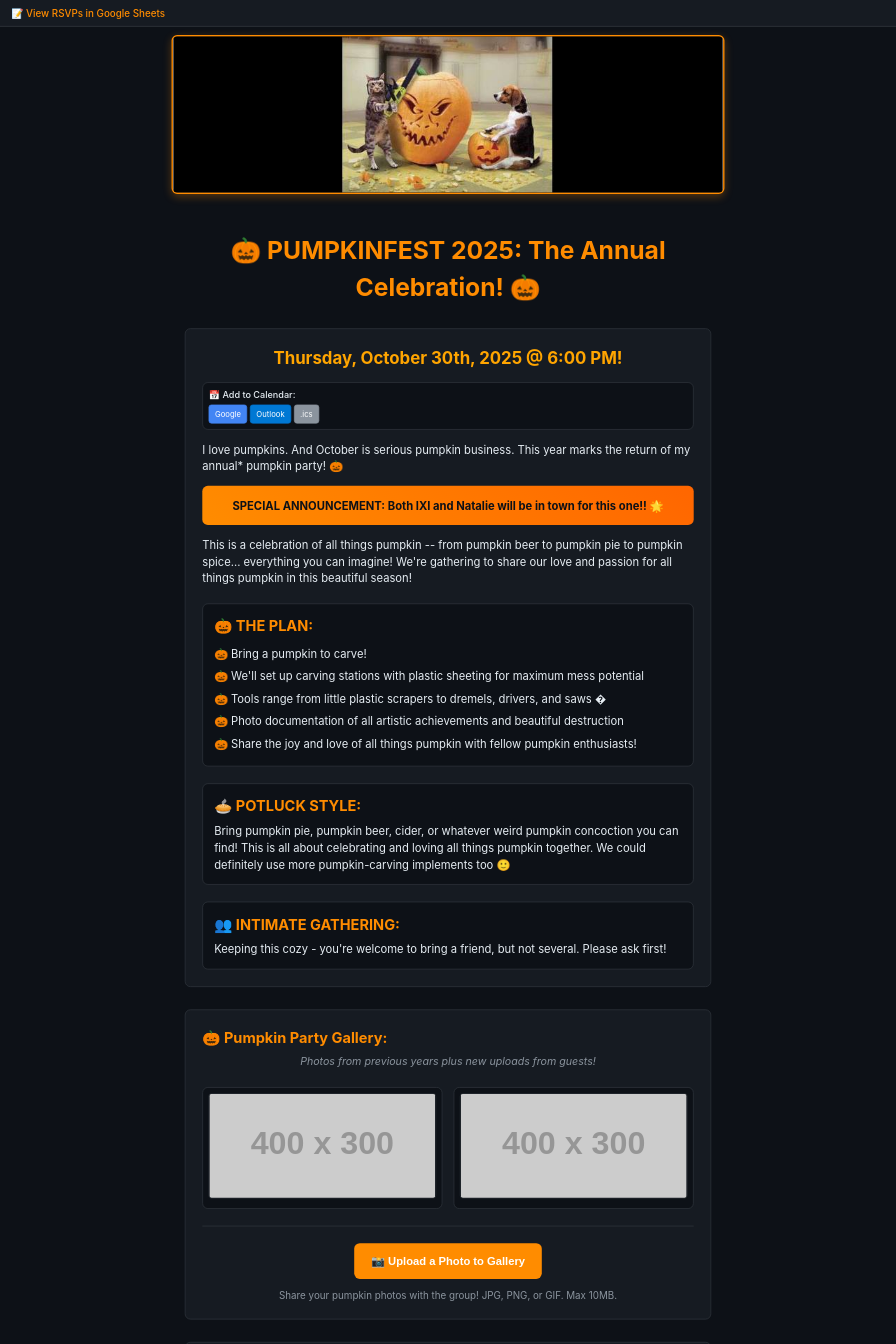
Repository: jeff-hamm/pumpkinfest
Page: index.html
The author's editor kept a copy of each file at every save. The page is drawn from the files as they stood at one save, then again after the next save.
The browser window is 1280 px wide. The pictures show the part of the page from y = 0 to 1920 px (the page is 3343 px tall before and 3283 px after), at 70% of full size.
The page's requests for data from a server got no answer.

Above is the page before, as saved 2025-10-25 14:13:47.

### index.html
<!DOCTYPE html>
<html lang="en">
<head>
    <meta charset="UTF-8">
    <meta name="viewport" content="width=device-width, initial-scale=1.0">
    <title>PUMPKINFEST 2025 RSVP</title>
    <link rel="icon" href="data:[embedded picture, 141 characters]">
    <link rel="stylesheet" href="pumpkinfest-styles.css">
</head>
<body>
    <div id="sync-status" class="sync-status">
        <a href="https://docs.google.com/spreadsheets/d/1XEfcdwvrg54w_Aw8bEiBC4_f8pLJOT6bH55sau92mvg/edit?usp=sharing"
            target="_blank" class="sheet-link">📝 View RSVPs in Google Sheets</a>
        <div id="sync-status-text" class="sync-status-text" style="display: none;"></div>
    </div>

    <div class="header-image">
        <img src="image copy 2.png" alt="Pumpkin Party Vibes" class="header-img">
    </div>

    <div class="container">
        <h1>🎃 PUMPKINFEST 2025: The Annual Celebration! 🎃</h1>

        <div class="event-details">
            <h2>Thursday, October 30th, 2025 @ 6:00 PM!</h2>

            <div class="calendar-links">
                <p>📅 Add to Calendar:</p>
                <div class="calendar-buttons">
                    <a href="https://calendar.google.com/calendar/render?action=TEMPLATE&text=Pumpkinfest%202025%3A%20The%20Annual%20Celebration!&dates=20251031T010000Z/20251031T050000Z&details=Annual%20pumpkin%20party%20with%20carving%2C%20pumpkin%20beer%2C%20pie%2C%20and%20all%20things%20pumpkin!%20Bring%20a%20pumpkin%20to%20carve%20and%20something%20pumpkin-themed%20to%20share.%20Tools%20provided%20from%20plastic%20scrapers%20to%20power%20tools!&location=TBD%20-%20Check%20RSVP%20details" target="_blank" class="calendar-btn google-cal">
                        Google
                    </a>
                    <a href="https://outlook.live.com/calendar/0/deeplink/compose?subject=Pumpkinfest%202025%3A%20The%20Annual%20Celebration!&startdt=2025-10-30T18%3A00%3A00&enddt=2025-10-30T22%3A00%3A00&body=Annual%20pumpkin%20party%20with%20carving%2C%20pumpkin%20beer%2C%20pie%2C%20and%20all%20things%20pumpkin!%20Bring%20a%20pumpkin%20to%20carve%20and%20something%20pumpkin-themed%20to%20share.%20Tools%20provided%20from%20plastic%20scrapers%20to%20power%20tools!&location=TBD%20-%20Check%20RSVP%20details" target="_blank" class="calendar-btn outlook-cal">
                        Outlook
                    </a>
                    <a href="data:text/calendar;charset=utf8,BEGIN:VCALENDAR%0AVERSION:2.0%0APRODID:-//Test//Test//EN%0ABEGIN:VEVENT%0AUID:pumpkinfest2025@example.com%0ADTSTAMP:20251025T120000Z%0ADTSTART:20251030T180000%0ADTEND:20251030T220000%0ASUMMARY:Pumpkinfest 2025: The Annual Celebration!%0ADESCRIPTION:Annual pumpkin party with carving, pumpkin beer, pie, and all things pumpkin! Bring a pumpkin to carve and something pumpkin-themed to share. Tools provided from plastic scrapers to power tools!%0ALOCATION:TBD - Check RSVP details%0AEND:VEVENT%0AEND:VCALENDAR" download="pumpkinfest-2025.ics" class="calendar-btn ics-cal">
                        .ics
                    </a>
                </div>
            </div>

            <p>I love pumpkins. And October is serious pumpkin business. This year marks the return of my annual* pumpkin party! 🎃</p>

            <div class="special-announcement">
                <strong>SPECIAL ANNOUNCEMENT:</strong> Both IXI and Natalie will be in town for this one!! 🌟
            </div>

            <p>This is a celebration of all things pumpkin -- from pumpkin beer to pumpkin pie to pumpkin spice... everything you can imagine! We're gathering to share our love and passion for all things pumpkin in this beautiful season!</p>

            <div class="event-sections">
                <div class="event-section">
                    <h3>🎃 THE PLAN:</h3>
                    <ul>
                        <li>Bring a pumpkin to carve!</li>
                        <li>We'll set up carving stations with plastic sheeting for maximum mess potential</li>
                        <li>Tools range from little plastic scrapers to dremels, drivers, and saws �</li>
                        <li>Photo documentation of all artistic achievements and beautiful destruction</li>
                        <li>Share the joy and love of all things pumpkin with fellow pumpkin enthusiasts!</li>
                    </ul>
                </div>

                <div class="event-section">
                    <h3>🥧 POTLUCK STYLE:</h3>
                    <p>Bring pumpkin pie, pumpkin beer, cider, or whatever weird pumpkin concoction you can find! This is all about celebrating and loving all things pumpkin together. We could definitely use more pumpkin-carving implements too 🙂</p>
                </div>

                <div class="event-section">
                    <h3>👥 INTIMATE GATHERING:</h3>
                    <p>Keeping this cozy - you're welcome to bring a friend, but not several. Please ask first!</p>
                </div>
            </div>
        </div>

        <div class="gallery-section">
            <h3>🎃 Pumpkin Party Gallery:</h3>
            <p class="gallery-description">Photos from previous years plus new uploads from guests!</p>
            <div class="gallery-loading" id="gallery-loading">
                <p>Loading gallery images... 🎃</p>
            </div>
            <div class="image-gallery" id="image-gallery">
                <!-- Images will be loaded dynamically from Google Drive -->
            </div>

            <div class="gallery-upload-section">
                <div class="gallery-upload">
                    <input type="file" id="gallery-photo-upload" accept="image/*" class="file-input" style="display: none;">
                    <button type="button" id="gallery-upload-btn" class="btn-upload">
                        📸 Upload a Photo to Gallery
                    </button>
                    <div id="gallery-upload-preview" class="photo-preview" style="display: none;">
                        <img id="gallery-preview-img" class="preview-image" alt="Photo preview">
                        <div class="upload-actions">
                            <button type="button" id="gallery-upload-submit" class="btn-primary btn-small">Upload</button>
                            <button type="button" id="gallery-upload-cancel" class="btn-secondary btn-small">Cancel</button>
                        </div>
                    </div>
                    <div class="file-info">Share your pumpkin photos with the group! JPG, PNG, or GIF. Max 10MB.</div>
                </div>
            </div>
        </div>

        <div class="rsvp-section">
            <h2>🎃 RSVP:</h2>

            <div id="rsvp-loading" class="rsvp-loading-overlay" style="display: none;">
                <div class="spinner"></div>
                <div class="spinner-text">Submitting RSVP...</div>
            </div>

            <form id="rsvp-form" class="rsvp-form">
                <div class="form-row">
                    <div class="form-group">
                        <label for="guest-name-select">Name *</label>
                        <select id="guest-name-select" name="guestNameSelect">
                            <option value="">Select your name or choose "Other"...</option>
                            <option value="Other">Other (add new person)</option>
                        </select>
                        <input type="text" id="guest-name" name="guestName" required placeholder="Enter your name..." style="display: none; margin-top: 8px;">
                    </div>
                </div>

                <div class="form-row">
                    <div class="form-group">
                        <label for="guest-email">Email (optional)</label>
                        <input type="email" id="guest-email" name="guestEmail" placeholder="your.email@example.com">
                        <small class="field-hint">Optional - for updates or coordination</small>
                    </div>
                </div>

                <div class="form-row">
                    <div class="form-group">
                        <label for="attendance">Can you make it? *</label>
                        <select id="attendance" name="attendance" required>
                            <option value="">Select...</option>
                            <option value="Yes">🎃 Yes - I'll be there!</option>
                            <option value="Maybe">🤔 Maybe - depends on my schedule</option>
                            <option value="No">😞 No - can't make it</option>
                        </select>
                    </div>
                </div>

                <div class="form-row">
                    <div class="form-group">
                        <label for="need-pumpkin">Need a pumpkin purchased for you?</label>
                        <select id="need-pumpkin" name="needPumpkin">
                            <option value="">Select...</option>
                            <option value="Yes">Yes - please get me a pumpkin!</option>
                            <option value="No">No - I'll bring my own</option>
                            <option value="Maybe">Maybe - I'll let you know</option>
                        </select>
                    </div>
                </div>

                <div class="form-row">
                    <div class="form-group">
                        <label for="bringing">What are you bringing or what do you need?</label>
                        <textarea id="bringing" name="bringing" rows="3" placeholder="e.g., 'Bringing pumpkin beer and carving tools' or 'Need a ride' or 'Bringing +1 (asked first!)'"></textarea>
                    </div>
                </div>

                <div class="form-row">
                    <div class="form-group">
                        <label class="checkbox-label">
                            <input type="checkbox" id="pumpkin-patch" name="pumpkinPatch">
                            🎃 I wanna go to a pumpkin patch together!
                        </label>
                    </div>
                </div>

                <div class="form-row" id="patch-dates-container" style="display: none;">
                    <div class="form-group">
                        <label>Which days work for you? (Check all that apply)</label>
                        <div class="checkbox-group">
                            <label class="checkbox-option">
                                <input type="checkbox" name="patchDates" value="Sat 10/25">
                                Saturday 10/25
                            </label>
                            <label class="checkbox-option">
                                <input type="checkbox" name="patchDates" value="Sun 10/26">
                                Sunday 10/26
                            </label>
                            <label class="checkbox-option">
                                <input type="checkbox" name="patchDates" value="Mon 10/27">
                                Monday 10/27
                            </label>
                            <label class="checkbox-option">
                                <input type="checkbox" name="patchDates" value="Tues 10/28">
                                Tuesday 10/28
                            </label>
                            <label class="checkbox-option">
                                <input type="checkbox" name="patchDates" value="Wed 10/29">
                                Wednesday 10/29
                            </label>
                        </div>
                    </div>
                </div>

                <div class="form-row">
                    <div class="form-group">
                        <label for="pumpkin-photo">🎃 Share a pumpkin photo! (optional)</label>
                        <input type="file" id="pumpkin-photo" name="pumpkinPhoto" accept="image/*" class="file-input">
                        <div id="photo-preview" class="photo-preview" style="display: none;">
                            <img id="preview-img" class="preview-image" alt="Photo preview">
                            <button type="button" id="remove-photo" class="btn-remove">Remove</button>
                        </div>
                        <div class="file-info">JPG, PNG, or GIF. Max 10MB.</div>
                    </div>
                </div>

                <div class="form-actions">
                    <button type="submit" class="btn-primary">🎃 Submit RSVP</button>
                </div>
            </form>
        </div>

        <div id="rsvp-grid-section" class="rsvp-grid-section">
            <h3>👥 Who's Coming:</h3>

            <div class="filter-tabs">
                <button class="filter-tab active" data-filter="Everyone">Everyone</button>
                <button class="filter-tab" data-filter="Going">Going</button>
                <button class="filter-tab" data-filter="Maybe">Maybe</button>
                <button class="filter-tab" data-filter="No">No</button>
                <button class="filter-tab" data-filter="Not Responded">Not Responded</button>
            </div>

            <div class="rsvp-grid-container">
                <table id="rsvp-grid" class="rsvp-grid">
                    <thead>
                        <tr>
                            <th>Name</th>
                            <th>Attendance</th>
                            <th>Needs Pumpkin</th>
                            <th>Bringing</th>
                            <th>Patch Dates</th>
                        </tr>
                    </thead>
                    <tbody id="rsvp-grid-body">
                        <!-- Grid rows will be dynamically loaded here -->
                    </tbody>
                </table>
                <div id="no-rsvps-message" class="no-rsvps-message" style="display: none;">
                    <p>🎃 No RSVPs match the current filter.</p>
                </div>
            </div>
        </div>
    </div>

    <script src="pumpkinfest-app.js?v=2025-10-25-7"></script>
</body>
</html>

Loaded but not shown: pumpkinfest-app.js (1077 lines, source omitted); pumpkinfest-styles.css (1041 lines, source omitted)

After the next save:
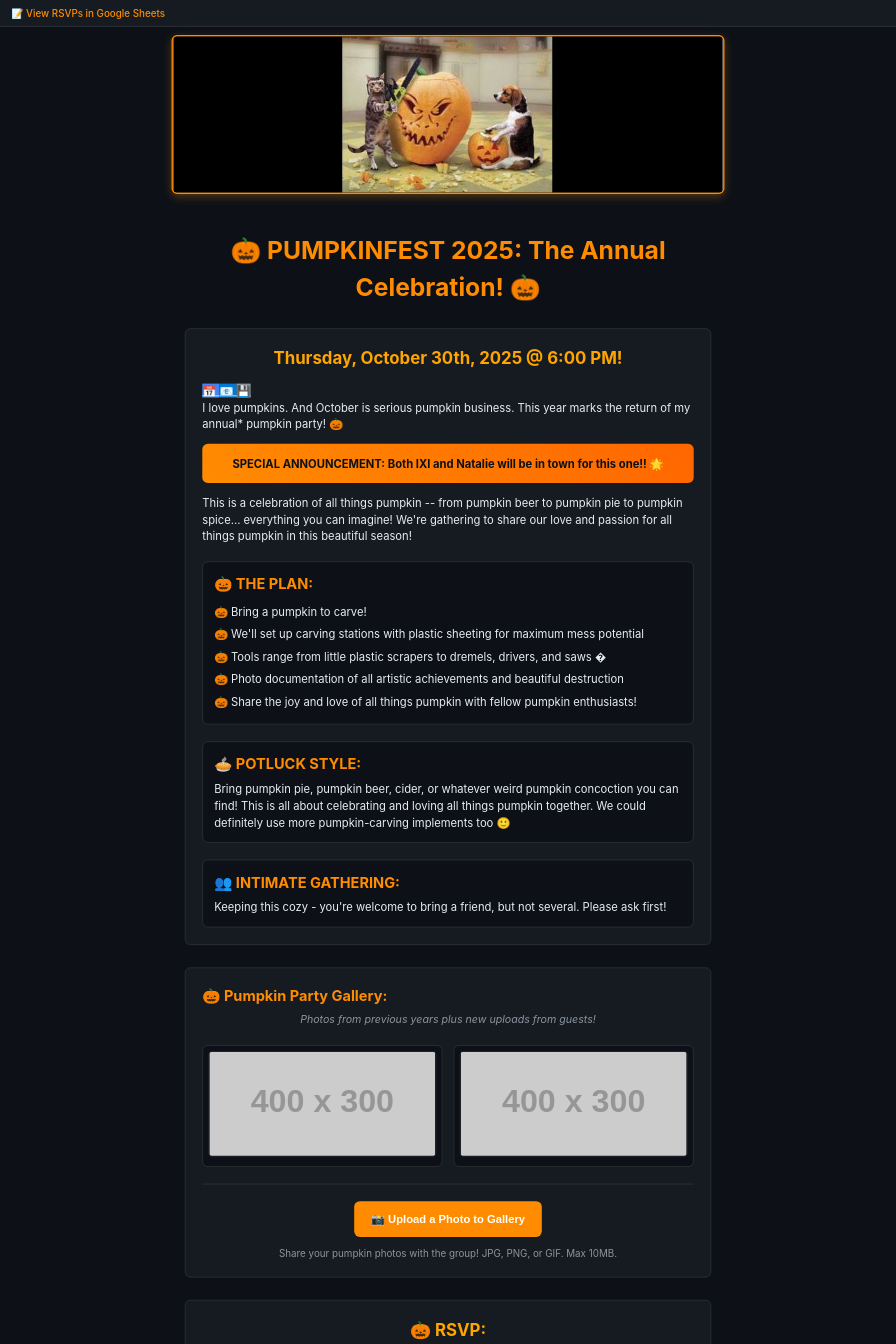
Saved 79 s later.
--- a/index.html
+++ b/index.html
@@ -22,19 +22,17 @@
         <h1>🎃 PUMPKINFEST 2025: The Annual Celebration! 🎃</h1>
 
         <div class="event-details">
-            <h2>Thursday, October 30th, 2025 @ 6:00 PM!</h2>
-
-            <div class="calendar-links">
-                <p>📅 Add to Calendar:</p>
-                <div class="calendar-buttons">
-                    <a href="https://calendar.google.com/calendar/render?action=TEMPLATE&text=Pumpkinfest%202025%3A%20The%20Annual%20Celebration!&dates=20251031T010000Z/20251031T050000Z&details=Annual%20pumpkin%20party%20with%20carving%2C%20pumpkin%20beer%2C%20pie%2C%20and%20all%20things%20pumpkin!%20Bring%20a%20pumpkin%20to%20carve%20and%20something%20pumpkin-themed%20to%20share.%20Tools%20provided%20from%20plastic%20scrapers%20to%20power%20tools!&location=TBD%20-%20Check%20RSVP%20details" target="_blank" class="calendar-btn google-cal">
-                        Google
+            <div class="event-header">
+                <h2>Thursday, October 30th, 2025 @ 6:00 PM!</h2>
+                <div class="calendar-icons">
+                    <a href="https://calendar.google.com/calendar/render?action=TEMPLATE&text=Pumpkinfest%202025%3A%20The%20Annual%20Celebration!&dates=20251031T010000Z/20251031T050000Z&details=Annual%20pumpkin%20party%20with%20carving%2C%20pumpkin%20beer%2C%20pie%2C%20and%20all%20things%20pumpkin!%20Bring%20a%20pumpkin%20to%20carve%20and%20something%20pumpkin-themed%20to%20share.%20Tools%20provided%20from%20plastic%20scrapers%20to%20power%20tools!&location=TBD%20-%20Check%20RSVP%20details" target="_blank" class="calendar-icon google-cal" title="Add to Google Calendar">
+                        📅
                     </a>
-                    <a href="https://outlook.live.com/calendar/0/deeplink/compose?subject=Pumpkinfest%202025%3A%20The%20Annual%20Celebration!&startdt=2025-10-30T18%3A00%3A00&enddt=2025-10-30T22%3A00%3A00&body=Annual%20pumpkin%20party%20with%20carving%2C%20pumpkin%20beer%2C%20pie%2C%20and%20all%20things%20pumpkin!%20Bring%20a%20pumpkin%20to%20carve%20and%20something%20pumpkin-themed%20to%20share.%20Tools%20provided%20from%20plastic%20scrapers%20to%20power%20tools!&location=TBD%20-%20Check%20RSVP%20details" target="_blank" class="calendar-btn outlook-cal">
-                        Outlook
+                    <a href="https://outlook.live.com/calendar/0/deeplink/compose?subject=Pumpkinfest%202025%3A%20The%20Annual%20Celebration!&startdt=2025-10-30T18%3A00%3A00&enddt=2025-10-30T22%3A00%3A00&body=Annual%20pumpkin%20party%20with%20carving%2C%20pumpkin%20beer%2C%20pie%2C%20and%20all%20things%20pumpkin!%20Bring%20a%20pumpkin%20to%20carve%20and%20something%20pumpkin-themed%20to%20share.%20Tools%20provided%20from%20plastic%20scrapers%20to%20power%20tools!&location=TBD%20-%20Check%20RSVP%20details" target="_blank" class="calendar-icon outlook-cal" title="Add to Outlook">
+                        📧
                     </a>
-                    <a href="data:text/calendar;charset=utf8,BEGIN:VCALENDAR%0AVERSION:2.0%0APRODID:-//Test//Test//EN%0ABEGIN:VEVENT%0AUID:pumpkinfest2025@example.com%0ADTSTAMP:20251025T120000Z%0ADTSTART:20251030T180000%0ADTEND:20251030T220000%0ASUMMARY:Pumpkinfest 2025: The Annual Celebration!%0ADESCRIPTION:Annual pumpkin party with carving, pumpkin beer, pie, and all things pumpkin! Bring a pumpkin to carve and something pumpkin-themed to share. Tools provided from plastic scrapers to power tools!%0ALOCATION:TBD - Check RSVP details%0AEND:VEVENT%0AEND:VCALENDAR" download="pumpkinfest-2025.ics" class="calendar-btn ics-cal">
-                        .ics
+                    <a href="data:text/calendar;charset=utf8,BEGIN:VCALENDAR%0AVERSION:2.0%0APRODID:-//Test//Test//EN%0ABEGIN:VEVENT%0AUID:pumpkinfest2025@example.com%0ADTSTAMP:20251025T120000Z%0ADTSTART:20251030T180000%0ADTEND:20251030T220000%0ASUMMARY:Pumpkinfest 2025: The Annual Celebration!%0ADESCRIPTION:Annual pumpkin party with carving, pumpkin beer, pie, and all things pumpkin! Bring a pumpkin to carve and something pumpkin-themed to share. Tools provided from plastic scrapers to power tools!%0ALOCATION:TBD - Check RSVP details%0AEND:VEVENT%0AEND:VCALENDAR" download="pumpkinfest-2025.ics" class="calendar-icon ics-cal" title="Download .ics file">
+                        💾
                     </a>
                 </div>
             </div>
